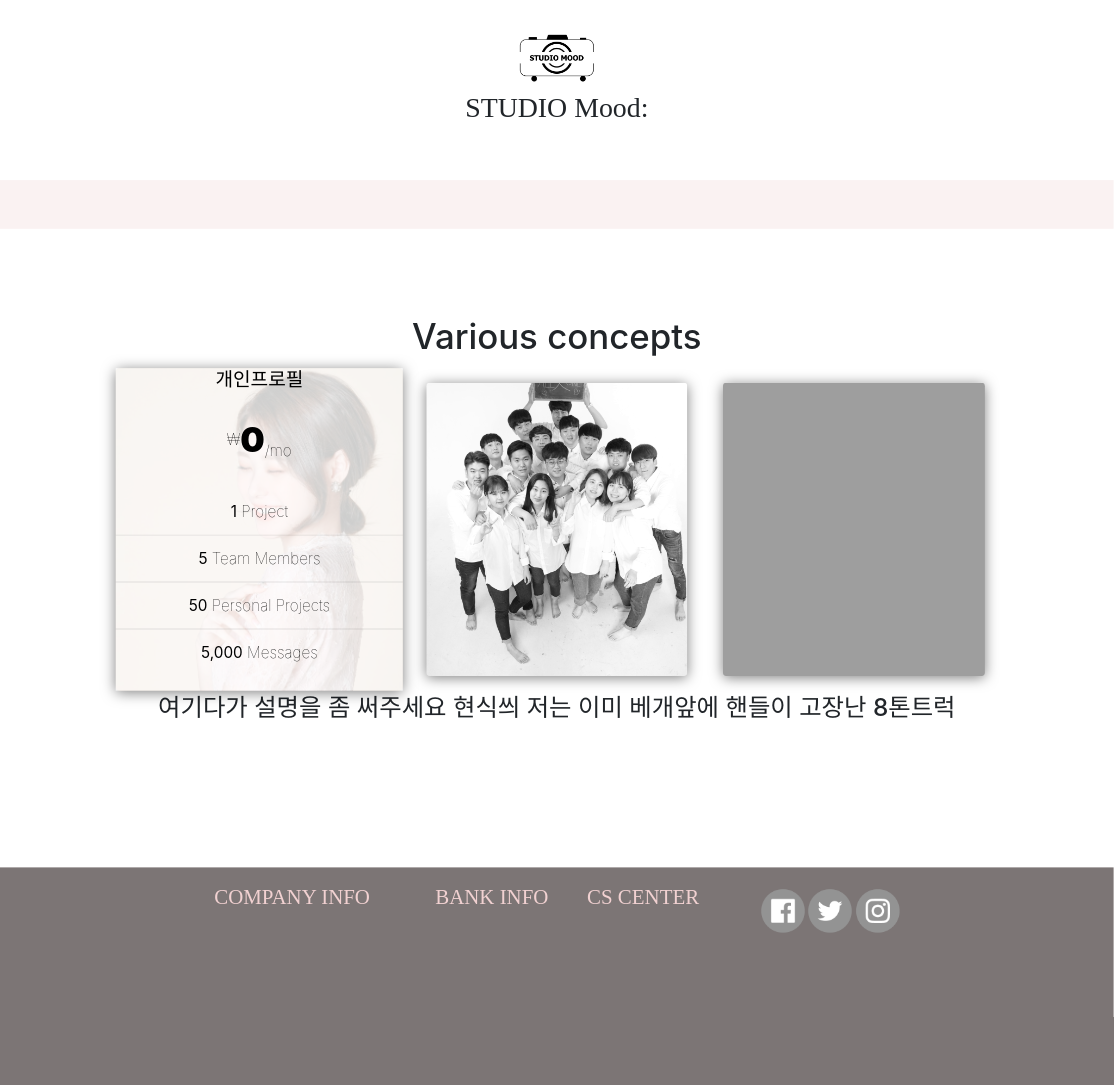
Repository: seugju/HSDsemi
Page: http://localhost/studioMood/views/product/product.jsp
The author's editor kept a copy of each file at every save. The page is drawn from the files as they stood at one save, then again after the next save.
The browser window is 1280 px wide. The pictures show the whole page, at 87% of full size.
The pointer rests on the first visible `#indiv`.
Pictures or frames that could not be fetched are drawn as grey boxes. Some web fonts or font styles are not loaded; a fallback is used. The page is served by Tomcat 9.

Above is the page before, as saved 2020-12-02 16:20:55.

After the next save:
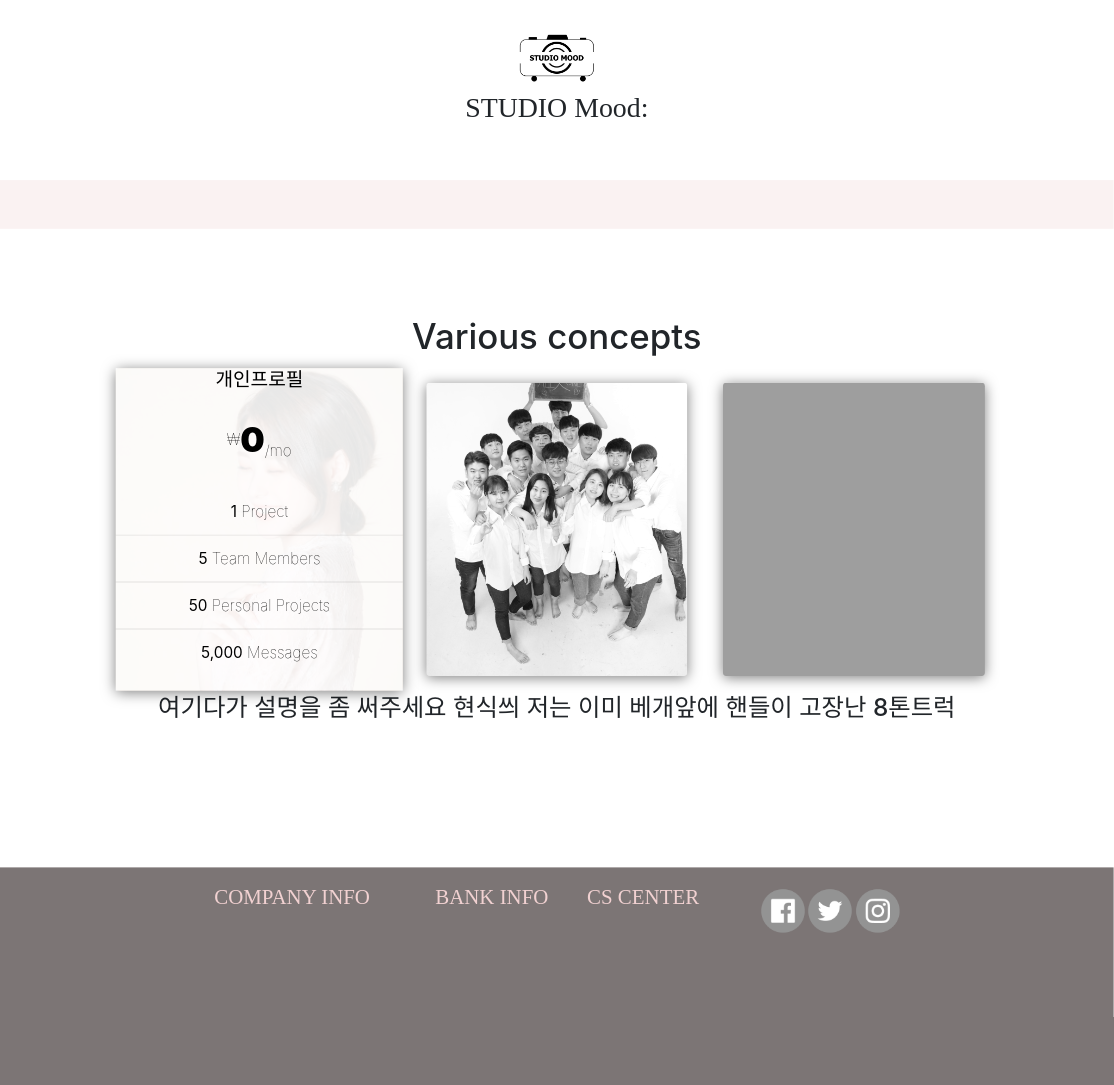
Saved 47 s later.
--- a/project-workspace/studioMood/WebContent/views/product/product.jsp
+++ b/project-workspace/studioMood/WebContent/views/product/product.jsp
@@ -175,7 +175,7 @@ background-image: url('/img/BODY_PROFILE.png');
 	color: black;
 }
 #indiv:hover .opacity-div{
-	background-color: rgba(255,255,255,0.8);
+	background-color: rgba(255,255,255,0.9);
 }
 #group:hover .opacity-div{
 	background-color: rgba(255,255,255,0.7);
